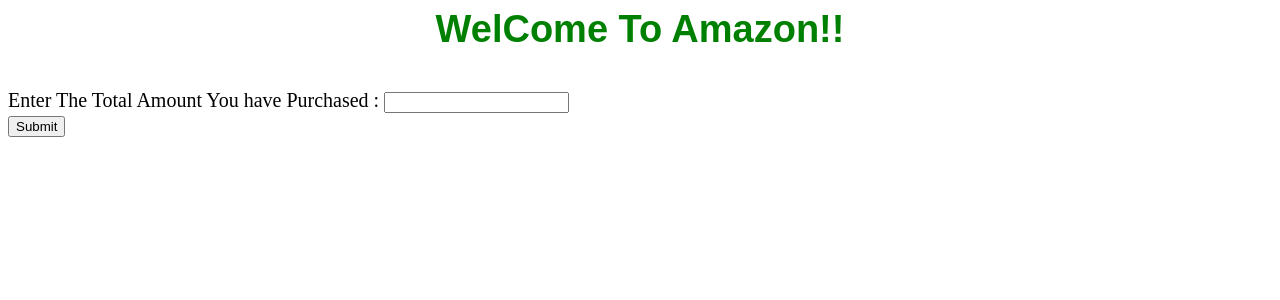
Repository: KavinAdithya/Servlet-JSP
Page: AmazonSale/src/main/webapp/WebPage.html
The author's editor kept a copy of each file at every save. The page is drawn from the files as they stood at one save, then again after the next save.
The browser window is 1280 px wide. The pictures show the whole page.

Above is the page before, as saved 2024-03-17 02:07:23.

After the next save:
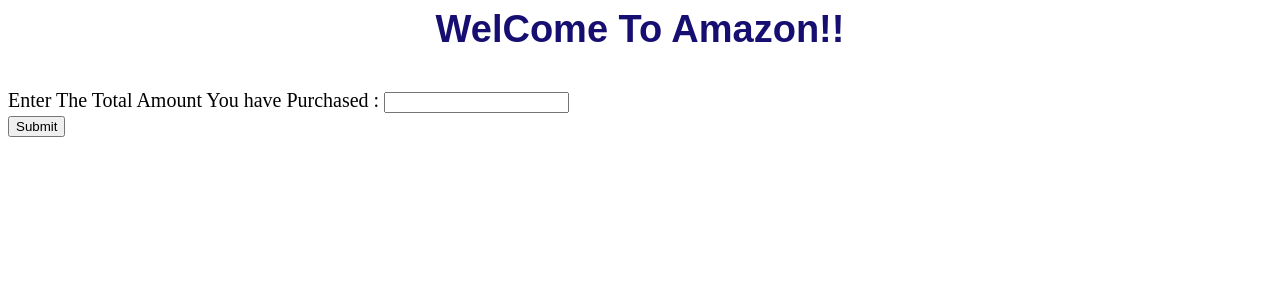
Saved 101 s later.
--- a/AmazonSale/src/main/webapp/WebPageStyle.css
+++ b/AmazonSale/src/main/webapp/WebPageStyle.css
@@ -1,12 +1,11 @@
 @charset "ISO-8859-1";
 .amazon-para{
-	color:green;
+	color:rgb(22, 15, 113);
 	text-align:center;
 	margin-top:0;
 	font-size:38px;
 	font-family:Arial;
 	font-weight:bold;
-
 }
 .amount-para{
 	font-size:20px;
